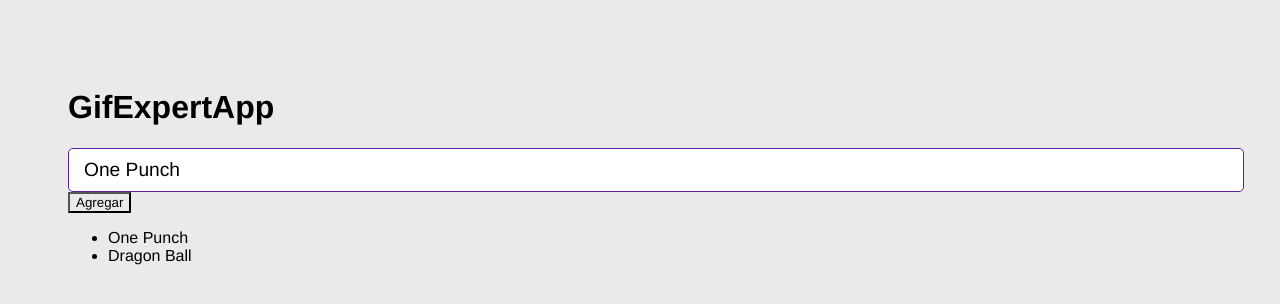
Repository: bryanesteban/gif-expert-app
Page: /
These files come from the project's save history. The page is drawn as it stood at one moment and after the next save; the edit follows.
The browser window is 1280 px wide. The pictures show the whole page.
The project was rebuilt for these pictures with package versions that can differ from the ones it lists, and the page was loaded fresh each time. Also part of the build but not shown: vite.config.js.

Above is the page before, as saved 2024-06-12 08:42:14.

### src/main.jsx
import React from 'react'
import ReactDOM from 'react-dom/client'
import { GifExpertApp } from './GifExpertApp'

import './styles.css';

ReactDOM.createRoot(document.getElementById('root')).render(
  <React.StrictMode>
    <GifExpertApp />
  </React.StrictMode>,
)

### src/GifExpertApp.jsx
import { useState } from "react";
import { AddCategory } from "./components/AddCategory";


export const GifExpertApp = () => {




    const [ categories , setCategories ] = useState([ 'One Punch', 'Dragon Ball']);

    const onAddCategory = () => {
        setCategories([...categories,'Fullmetal Alchemist']);
        // setCategories(cat => [...cat,'Fullmetal Alchemist']);
    }

    return (
    <>
    {/*Titulo */}
    <h1>GifExpertApp</h1>
    {/*Input */}
    <AddCategory onAddCategory={ setCategories}/>
    {/*Listado de gif */}
    <button onClick={ onAddCategory }>Agregar</button>
    <ul>
        { categories.map( category => {
                return <li key={category}>{category} </li>
        }) }

    </ul>
    {/* gif Item */}

    </>
  )
};

### src/components/AddCategory.jsx
import { useState } from "react";


export  const AddCategory = () =>{


   const [inputValue, setInputValue] = useState('One Punch');

    const onInputChange= ({target}) => {
        setInputValue(target.value);
    }

    const onsubmit =( event ) => {
        event.preventDeafualt();
        console.log(event);
    }

    return (
        <form onSubmit={(event) => onsubmit(event)}>

        <input
            type="text"
            placeholder="Buscar Gifs"
            value={ inputValue}
            onChange={ (event) =>  onInputChange(event) }
            />
        </form>

    )
}

Loaded but not shown: index.html (common file); src/styles.css (common file)

After the next save:
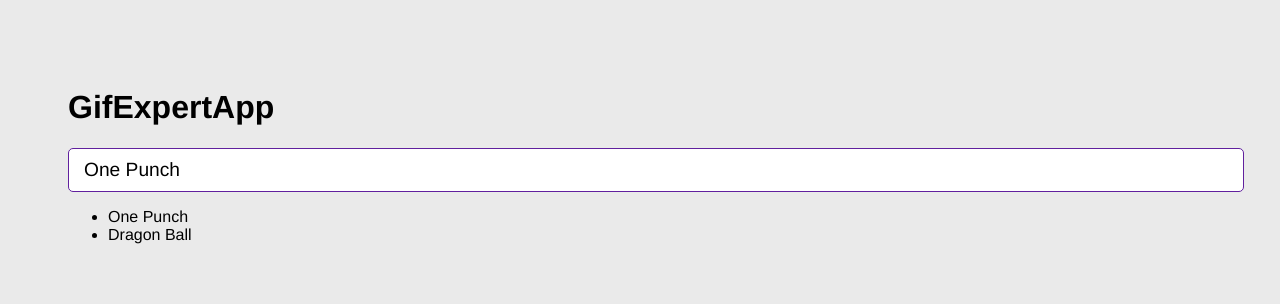
Saved 35 s later.
--- a/src/GifExpertApp.jsx
+++ b/src/GifExpertApp.jsx
@@ -19,9 +19,8 @@ export const GifExpertApp = () => {
     {/*Titulo */}
     <h1>GifExpertApp</h1>
     {/*Input */}
-    <AddCategory onAddCategory={ setCategories}/>
+    <AddCategory setCategories={ setCategories}/>
     {/*Listado de gif */}
-    <button onClick={ onAddCategory }>Agregar</button>
     <ul>
         { categories.map( category => {
                 return <li key={category}>{category} </li>
